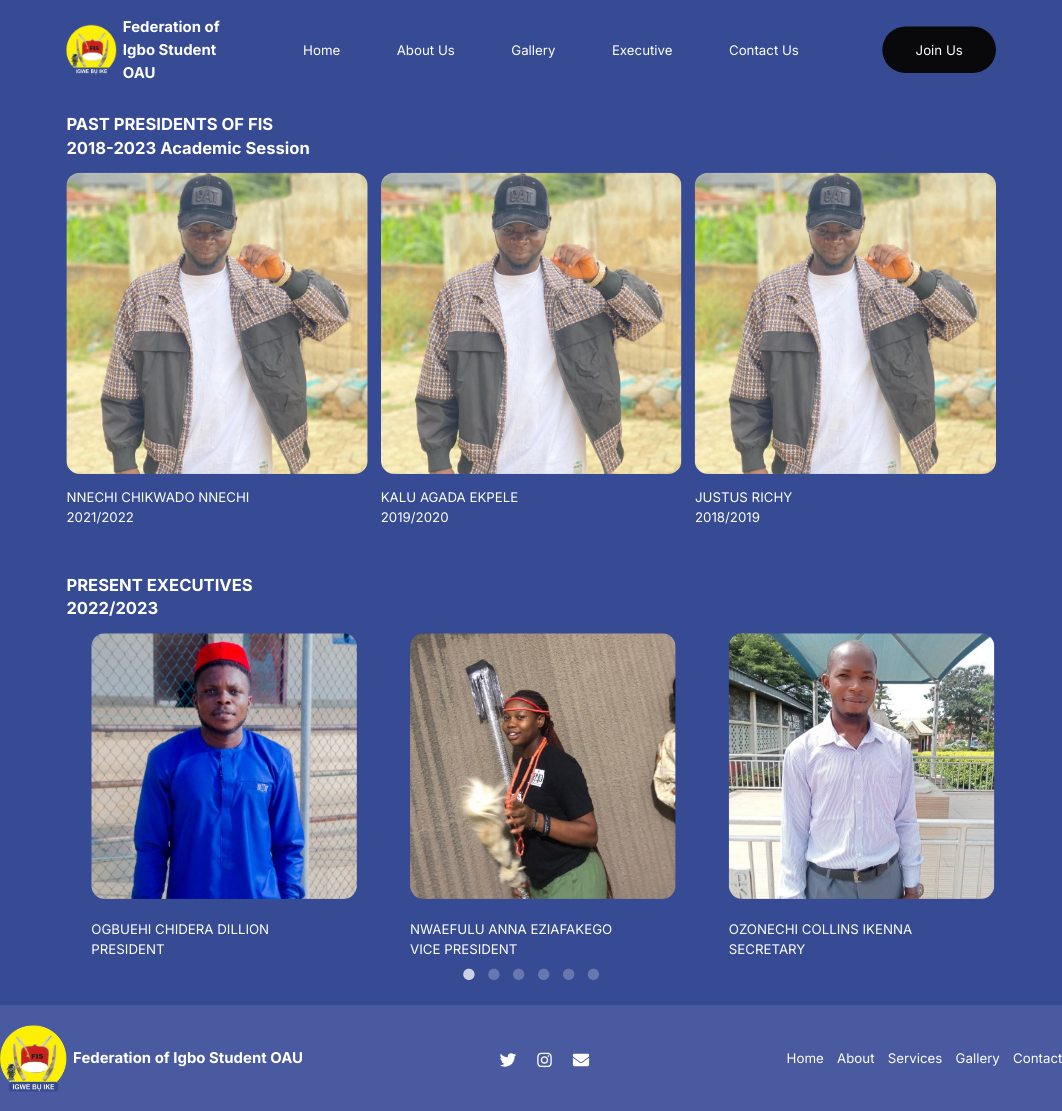
Repository: akinolapo/fis
Page: /executive
The author's editor kept a copy of each file at every save. The page is drawn from the files as they stood at one save, then again after a run of saves.
The browser window is 1280 px wide. The pictures show the whole page, at 83% of full size.
The project was rebuilt for these pictures with package versions that can differ from the ones it lists, and the page was loaded fresh each time. The framework's server and built-in components were replaced by stand-ins that run in the browser. Also part of the build but not shown: next.config.mjs.

Above is the page before, as saved 2024-05-06 23:17:13.

### app/layout.tsx
import type { Metadata } from "next";
import { Inter } from "next/font/google";
import "./globals.css";
import Header from "./components/Header/Header";
import Head from "next/head";
import Footer from "./components/Footer/Footer";
import { NavMobile } from "./components/Header/MobileNav/NavMobile";



const inter = Inter({ subsets: ["latin"] });

export const metadata: Metadata = {
  title: "Federation of Igbo Student OAU",
  description: "Federation of Igbo Student OAU",
};

export default function RootLayout({
  children,
}: Readonly<{
  children: React.ReactNode;
}>) {
  return (
    <html lang="en">
       <Head>
        <meta charSet="utf-8" />
        <meta name="viewport" content="width=device-width, initial-scale=1" />
        <meta name="theme-color" content="#ffffff" />
        <link rel="manifest" href="/site.webmanifest" />
        <link rel="icon" href="/favicon.ico" />
        {/* Add any other meta tags you need */}
      </Head>
      <body className={inter.className}>
        <main className="px-6 lg:px-20">
        <Header/>
        <NavMobile/>
        {children}
        </main>
        <Footer/>
        </body>
    </html>
  );
}

### app/executive/page.tsx
import React from 'react'
import ThreeImagesWithTitles from '../components/ImageTitle/ThreeImagesWithTitles'
import Excos from '../components/Excos/Excos'

const page = () => {
  return (
    <div className='py-4'>
        <h3 className="font-bold text-xl mb-4">PAST PRESIDENTS OF FIS<br></br>2018-2023 Academic Session</h3>
        <ThreeImagesWithTitles/>
        <Excos/>
    </div>
  )
}

export default page

### app/globals.css
@tailwind base;
@tailwind components;
@tailwind utilities;z

*{
  margin: 0;
  padding: 0;
}

.bg-myDarkColor{
  background-color: #364B94;
}

.bg-myLightColor{
  background-color: #4A5AA1;
}

body {
  background: #364B94 !important;
  color: #ffffff !important;
}

footer{
  background: #4A5AA1 !important;
}

a {
  text-decoration: none !important;
  color: #ffffff !important;
}

footer a:hover{
  color: rgb(156 163 175);
}

@layer utilities {
  .text-balance {
    text-wrap: balance;
  }
}

### app/components/Header/Header.tsx
import Image from "next/image";

const Header = () => {
  return (
    <header className="hidden justify-between items-center py-4 text-white lg:flex">
      {/* Logo and Site Title */}
      <div className="flex items-center">
        <Image src="/logo.png" alt="Logo" width={60} height={60} className="mr-2"  />
        <h1 className="text-lg font-bold">Federation of <br></br>Igbo Student<br></br> OAU</h1>
      </div>

      {/* Menu */}
      <nav className="flex justify-center flex-grow">
        <ul className="flex gap-1">
          <a href="/"><li className="cursor-pointer hover:text-gray-400 p-8">Home</li></a>
          <a href="/about"><li className="cursor-pointer hover:text-gray-400 p-8">About Us</li></a>
          <a href="/gallery"><li className="cursor-pointer hover:text-gray-400 p-8">Gallery</li></a>
          <a href="/executive"><li className="cursor-pointer hover:text-gray-400 p-8">Executive</li></a>
          <a href="contact"><li className="cursor-pointer hover:text-gray-400 p-8">Contact Us</li></a>
        </ul>
      </nav>

      {/* Join Us Button */}
      <button className="rounded-full py-4 px-10 bg-zinc-950 hover:bg-black text-white">
        Join Us
      </button>
    </header>
  );
};

export default Header;

### app/components/Footer/Footer.tsx
// Footer.tsx

import { FaTwitter, FaInstagram, FaEnvelope } from "react-icons/fa";

const Footer = () => {
  return (
    <footer className="text-white py-6">
      <div className="container mx-auto flex flex-col md:flex-row justify-between items-center">
        {/* Left section with logo, site title, and contact info */}
        <div className="flex items-center mb-4 md:mb-0">
          <img src="/logo.png" alt="Logo" className="h-20 mr-2" />
          <div className="text-lg font-bold">Federation of Igbo Student OAU</div>
        </div>
        <div>
          {/* <h3>Contact Us</h3> */}
          <div className="flex flex-col">
            <div className="flex items-center mt-1">
              <a
                href="https://twitter.com/"
                target="_blank"
                rel="noopener noreferrer"
                className="mr-2 text-white bg-primary p-2 rounded-full"
              >
                <FaTwitter className="text-xl" />
              </a>
              <a
                href="https://www.instagram.com/"
                target="_blank"
                rel="noopener noreferrer"
                className="mr-2 text-white bg-primary p-2 rounded-full"
              >
                <FaInstagram className="text-xl" />
              </a>
              <a
                href="mailto:example@example.com"
                target="_blank"
                rel="noopener noreferrer"
                className="text-white bg-primary p-2 rounded-full"
              >
                <FaEnvelope className="text-xl" />
              </a>
            </div>
          </div>
        </div>

        {/* Right section with site menu items */}
        <div className="md:hidden mt-4">
          <ul className="flex flex-wrap justify-center">
            <li className="mr-4 mb-2">
              <a href="/">Home</a>
            </li>
            <li className="mr-4 mb-2">
              <a href="/about">About</a>
            </li>
            <li className="mr-4 mb-2">
              <a href="/gallery">Gallery</a>
            </li>
            <li className="mr-4 mb-2">
              <a href="executive">Excecutive</a>
            </li>
            <li className="mb-2">
              <a href="contact">Contact</a>
            </li>
          </ul>
        </div>
        {/* Right section with site menu items */}
        <div className="hidden md:block">
          <ul className="flex">
            <li className="mr-4">
              <a href="#">Home</a>
            </li>
            <li className="mr-4">
              <a href="#">About</a>
            </li>
            <li className="mr-4">
              <a href="#">Services</a>
            </li>
            <li className="mr-4">
              <a href="#">Gallery</a>
            </li>
            <li>
              <a href="#">Contact</a>
            </li>
          </ul>
        </div>
      </div>
    </footer>
  );
};

export default Footer;

### app/components/Header/MobileNav/NavMobile.tsx
'use client'

import { useClickAway } from "react-use";
import { useRef } from "react";
import { useState } from "react";
import { AnimatePresence, motion } from "framer-motion";
import { Squash as Hamburger } from "hamburger-react";
import { routes } from "./routes";
import Image from "next/image";

export const NavMobile = () => {
  const [isOpen, setOpen] = useState(false);
  const ref = useRef(null);

  useClickAway(ref, () => setOpen(false));

  return (
    <div ref={ref} className="flex items-center justify-between py-2 lg:hidden">
      <Image src="/logo.png" alt="Logo" width={60} height={60} className="mr-2"  />
      <Hamburger toggled={isOpen} size={20} toggle={setOpen} />
      <AnimatePresence>
        {isOpen && (
          <motion.div
            initial={{ opacity: 0 }}
            animate={{ opacity: 1 }}
            exit={{ opacity: 0 }}
            transition={{ duration: 0.2 }}
            className="fixed z-20 bg-myDarkColor left-0 shadow-4xl right-0 top-[4.5rem] p-4"
          >
            <ul className="grid gap-2">
              {routes.map((route, idx) => {

                return (
                  <motion.li
                    initial={{ scale: 0, opacity: 0 }}
                    animate={{ scale: 1, opacity: 1 }}
                    transition={{
                      type: "spring",
                      stiffness: 260,
                      damping: 20,
                      delay: 0.1 + idx / 10,
                    }}
                    key={route.title}
                    className="w-full p-[0.08rem] rounded-xl bg-primary "
                  >
                    <a
                      onClick={() => setOpen((prev) => !prev)}
                      className={
                        "flex items-center justify-between w-full p-3 rounded-xl bg-myLightColor text-white"
                      }
                      href={route.href}
                    >
                      <span className="flex gap-1 text-lg">{route.title}</span>
                    </a>
                  </motion.li>
                );
              })}
            </ul>
          </motion.div>
        )}
      </AnimatePresence>
    </div>
  );
};

### app/components/ImageTitle/ThreeImagesWithTitles.tsx

import ImageWithTitle from './ImageWithTitle';

const ThreeImagesWithTitles: React.FC = () => {
  return (
    <div className="container mx-auto pb-8">
      <div className="flex gap-4 flex-col md:flex-row">
        <ImageWithTitle
          imageSrc="/images/exc1.jpeg"
          title="NNECHI CHIKWADO NNECHI "
          subtitle="2021/2022"
        />
        <ImageWithTitle
          imageSrc="/images/exc1.jpeg"
          title="KALU AGADA EKPELE"
          subtitle="2019/2020"
        />
        <ImageWithTitle
          imageSrc="/images/exc1.jpeg"
          title="JUSTUS RICHY"
          subtitle="2018/2019"
        />
      </div>
    </div>
  );
};

export default ThreeImagesWithTitles;

### app/components/Excos/Excos.tsx
import React from 'react'
import Members from '../Slider/Members'

const Excos = () => {
  return (
    <div>
        <h3 className="font-bold text-xl mb-4">PRESENT EXECUTIVES<br></br> 2022/2023</h3>
        <Members/>
    </div>
  )
}

export default Excos

### app/components/Header/MobileNav/routes.ts
export const routes = [
    {
      title: "Home",
      href: "/",
    },
    {
      title: "About Us",
      href: "/about",
    },
    {
      title: "Gallery",
      href: "gallery",
    },
    {
      title: "Executive",
      href: "executive",
    },
    {
      title: "Contact Us",
      href: "contact",
    },
    {
      title: "Join Us",
      href: "#",
    },
  ];

### app/components/ImageTitle/ImageWithTitle.tsx
import Image from 'next/image';
import React from 'react';

interface ImageWithTitleProps {
  imageSrc: string;
  title: string;
  subtitle: string;
}

const ImageWithTitle: React.FC<ImageWithTitleProps> = ({ imageSrc, title, subtitle }) => {
  return (
    <div className="mb-6 md:w-1/2 lg:w-1/3">
      <Image src={imageSrc} alt={title} className="w-full h-auto mb-4 rounded-2xl" width={320} height={320} />
      <h5>{title}</h5>
      <p>{subtitle}</p>
    </div>
  );
};

export default ImageWithTitle;

### app/components/Slider/Members.tsx
'use client'

import React from 'react';
import Slider from 'react-slick';
import 'slick-carousel/slick/slick.css';
import 'slick-carousel/slick/slick-theme.css';

import './members.css'
import Image from 'next/image';

// Sample data for members
const membersData = [
  { id: 1, name: 'OGBUEHI CHIDERA DILLION', position: 'PRESIDENT', image: '/images/member1.jpg' },
  { id: 2, name: 'NWAEFULU ANNA EZIAFAKEGO', position: 'VICE PRESIDENT', image: '/images/member2.jpg' },
  { id: 3, name: 'OZONECHI COLLINS IKENNA', position: 'SECRETARY', image: '/images/member3.jpg' },
  { id: 4, name: 'UGWUEKE DANIEL IGWEBUIKE', position: 'FINANCIAL SECRETARY', image: '/images/member4.jpg' },
  { id: 5, name: 'OGONNAYA KELVIN', position: 'DIRECTOR OF SOCIALS ', image: '/images/member5.jpg' },
  { id: 6, name: 'UCHE U. DEBORAH', position: 'PUBLIC RELATIONS OFFICER', image: '/images/member6.jpg' },
  // Add more members here
];

const Members = () => {
  const settings = {
    dots: true,
    infinite: true,
    speed: 500,
    slidesToShow: 3, // Show 3 members at a time on desktop
    slidesToScroll: 1,
    arrows: false, // Hide arrow navigation
    responsive: [
      {
        breakpoint: 1024, // Tablet
        settings: {
          slidesToShow: 2, // Show 2 members at a time on tablet
        },
      },
      {
        breakpoint: 600, // Mobile
        settings: {
          slidesToShow: 1, // Show 1 member at a time on mobile
        },
      },
    ],
  };

  return (
    <div className='relative'>
      <Slider {...settings}>
        {membersData.map((member) => (
          <div key={member.id} className='mb-10'>
            <Image src={member.image} alt={member.name} width={320} height={320} className='rounded-2xl mb-6' />
            <h5>{member.name}</h5>
            <p>{member.position}</p>
          </div>
        ))}
      </Slider>
    </div>
  );
};

export default Members;

### app/components/Slider/members.css
  /* members.css */

/* Override default slider styles */
.slick-slider {
    width: 100%; /* Ensure the slider spans the full width of its container */
  }

  .slick-list {
    overflow: hidden; /* Hide overflow to prevent slider from extending beyond its container */
  }

  .slick-track {
    display: flex !important; /* Ensure the track uses flexbox layout */
  }

  .slick-slide {
    flex: 0 0 auto; /* Prevent slides from growing or shrinking */
    margin-right: 10px; /* Adjust the gap size between slides */
  }

  .slick-dots {
    position: absolute; /* Position the dots container absolutely */
    bottom: 10px; /* Adjust the vertical position as needed */
    left: 50%; /* Center the dots horizontally */
    transform: translateX(-50%); /* Center the dots horizontally */
    z-index: 1; /* Ensure dots are above the slides */
  }

  .slick-dots li {
    display: inline-block; /* Display dots horizontally */
  }

  .slick-dots li button:before {
    color: white !important; /* Change bullet dot color to white */
    font-size: 16px;
  }

  /* Adjust Image component styling */
  .Image {
    display: block;
    width: 100%;
    height: auto;
  }

Loaded but not shown: tailwind.config.ts (common file)

After the next 3 saves:
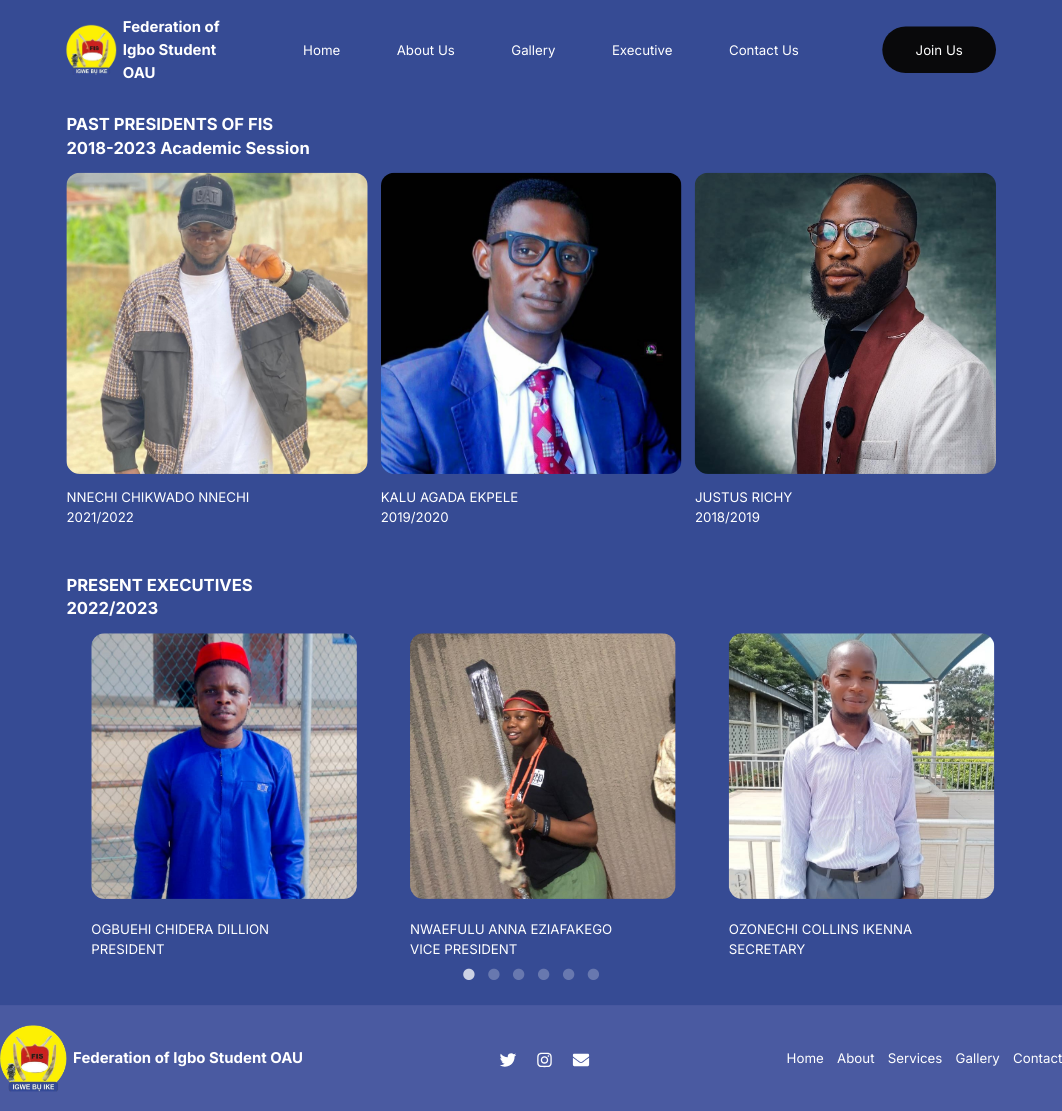
The 3 saves are shown as one change because they came seconds apart.
The last was saved 23 s later.
--- a/app/components/ImageTitle/ThreeImagesWithTitles.tsx
+++ b/app/components/ImageTitle/ThreeImagesWithTitles.tsx
@@ -11,12 +11,12 @@ const ThreeImagesWithTitles: React.FC = () => {
           subtitle="2021/2022"
         />
         <ImageWithTitle
-          imageSrc="/images/exc1.jpeg"
+          imageSrc="/images/exc2.jpeg"
           title="KALU AGADA EKPELE"
           subtitle="2019/2020"
         />
         <ImageWithTitle
-          imageSrc="/images/exc1.jpeg"
+          imageSrc="/images/exc3.jpeg"
           title="JUSTUS RICHY"
           subtitle="2018/2019"
         />
